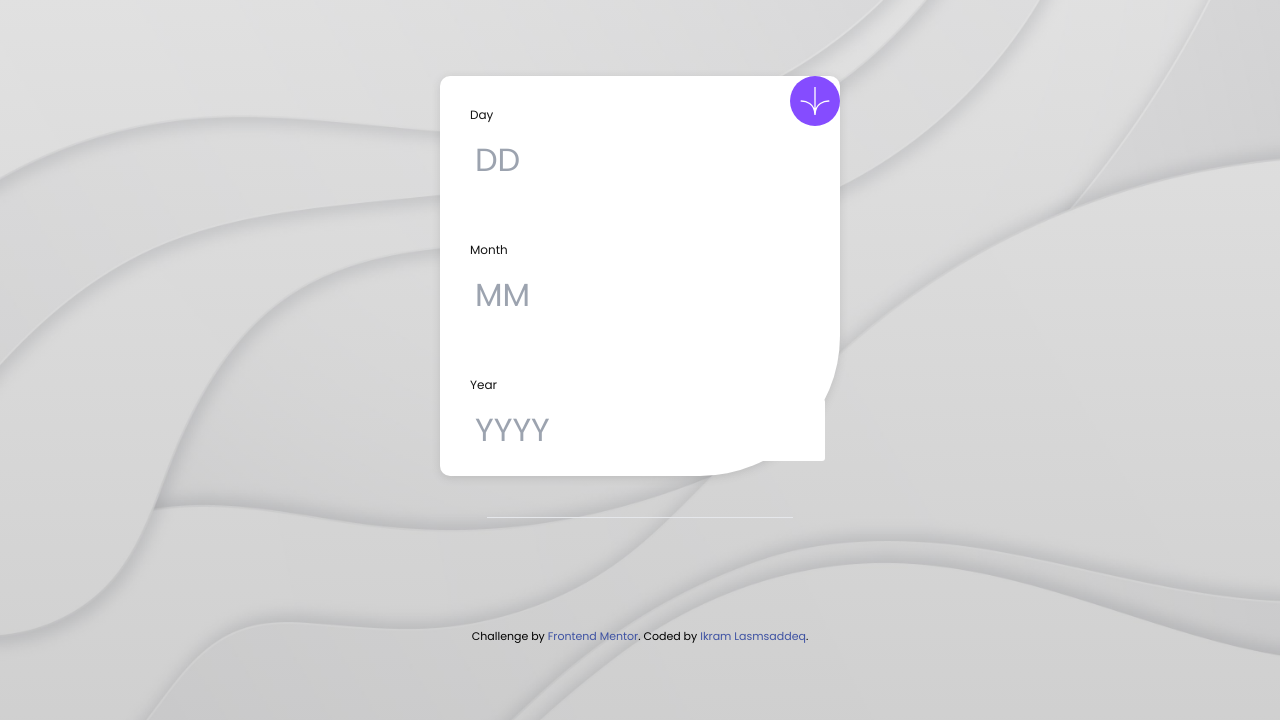
Repository: ikram-lisa/age-display
Page: /
An editor plug-in stored every save of this project. The page is shown before and after the next save, followed by the edit.
The browser window is 1280 px wide. The pictures show the whole page.
Some web libraries are served in a nearby version. The project was rebuilt for these pictures with package versions that can differ from the ones it lists, and the page was loaded fresh each time.

Above is the page before, as saved 2024-05-01 00:20:09.

### index.html
<!DOCTYPE html>
<html lang="en">
  <head>
    <meta charset="UTF-8" />
    <meta name="viewport" content="width=device-width, initial-scale=1.0" />
    <!-- displays site properly based on user's device -->
    <link href="https://cdn.tailwindcss.com" rel="stylesheet" />
    <link rel="stylesheet" href="./css/style.scss" />
    <link
      rel="icon"
      type="image/png"
      sizes="32x32"
      href="./assets/images/favicon-32x32.png"
    />

    <title>Frontend Mentor | Age calculator app</title>
    <style>
      .attribution {
        font-size: 11px;
        text-align: center;
      }
      .attribution a {
        color: hsl(228, 45%, 44%);
      }
    </style>
  </head>
  <!-- <script type="module" src="js/script.js"></script> -->
  <body>
    <section class="calculator">
      <header>
        <form class="form" action="">
          <div class="formInput active error">
            <label for="day">Day</label>
            <input
              type="text"
              class="day"
              id="day"
              type="number"
              placeholder="DD"
              required
              minlength="4"
              maxlength="8"
              size="10"
            />
          </div>

          <div class="formInput active error">
            <label for="month">Month</label>
            <input
              type="text"
              class="month"
              id="month"
              type="number"
              placeholder="MM"
              required
              minlength="4"
              maxlength="8"
              size="10"
            />
          </div>

          <div class="formInput active error">
            <label for="year">Year</label>
            <input
              type="text"
              class="year"
              id="year"
              type="number"
              placeholder="YYYY"
              required
              minlength="4"
              maxlength="8"
              size="10"
            />
          </div>
        </form>
      </header>

      <button class="submit">
        <img src="./assets/images/icon-arrow.svg" alt="submit" />
      </button>

      <hr class="separator" />
      <div class="result">
        <p class="days"></p>
        <p class="month"></p>
        <p class="years"></p>
      </div>
    </section>
    <footer>
      <div class="attribution">
        Challenge by
        <a href="https://www.frontendmentor.io?ref=challenge" target="_blank"
          >Frontend Mentor</a
        >. Coded by <a href="#">Ikram Lasmsaddeq</a>.
      </div>
    </footer>
  </body>
</html>

### css/style.scss
@use "./base/variable" as *;
@use "./base/font.scss" as *;

@tailwind base;
@tailwind components;
@tailwind utilities;

* {
  margin: 0;
  padding: 0;
  box-sizing: border-box;
}
body {
  height: 100vh;
  background: linear-gradient(
      rgba(196, 196, 196, 0.5),
      rgba(161, 161, 161, 0.5)
    ),
    url("../images/background.jpg");
  background-size: cover;
  background-position: center;
  background-repeat: no-repeat;
  font-size: 32px;
  font-family: "Poppins", sans-serif;
  display: grid;
  place-items: center;
}
.calculator {
  width: 30%;
  min-width: 400px;
  height: 400px;
  background-color: white;
  border-radius: 10px 10px 140px 10px;
  box-shadow: rgba(99, 99, 99, 0.2) 0px 2px 8px 0px;
  position: relative;
  display: flex;
  flex-direction: column;
  padding: 30px;
  .form {
    display: flex;
    flex-wrap: wrap;
    justify-content: space-between;

    .formInput {
      display: flex;
      flex-direction: column;
      margin-bottom: 50px;
      label {
        font-size: 12px;
        font-weight: 400;
        margin-bottom: 5px;
        color: $offBlack;
      }
      input[type="text"] {
        border: 1 solid rgb(217, 217, 217);
        border-radius: 3px;
        padding: 7px 5px;
        outline: none;
      }
    }
  }
  .submit {
    width: 50px;
    height: 50px;
    border-radius: 50%;
    display: flex;
    justify-content: center;
    align-items: center;
    background-color: $purple;
    color: white;
    border: none;
    padding: 10px;
    position: absolute;
    top: 0;
    right: 0;
    cursor: pointer;
    transition: all 0.3s;

    &:hover {
      background-color: darken($purple, 10%);
    }
  }

  .separator {
    width: 90%;
    height: 1px;
    background-color: $lightGrey;
    margin: 6px auto;
  }
}

@media (max-width: 375px) {
}
@media (max-width: 768px) {
}
@media (max-width: 1440px) {
}

### css/base/_variable.scss
// Primary

$purple: hsl(259, 100%, 65%);
$lightRed: hsl(0, 100%, 67%);

// Neutral

$white: hsl(0, 0%, 100%);
$offWhite: hsl(0, 0%, 94%);
$lightGrey: hsl(0, 0%, 86%);
$smokeyGrey: hsl(0, 1%, 44%);
$offBlack: hsl(0, 0%, 8%);

### css/base/_font.scss
@import url("https://fonts.googleapis.com/css2?family=Montserrat:ital,wght@0,100..900;1,100..900&family=Open+Sans:ital,wght@0,400;0,600;0,700;0,800;1,400;1,700;1,800&family=Poppins:ital,wght@0,200;0,300;0,400;0,500;0,600;0,700;0,800;0,900;1,100;1,200;1,300;1,400;1,500;1,600;1,700;1,800;1,900&display=swap");

Loaded but not shown: tailwind.config.js (1075 lines, source omitted)

After the next save:
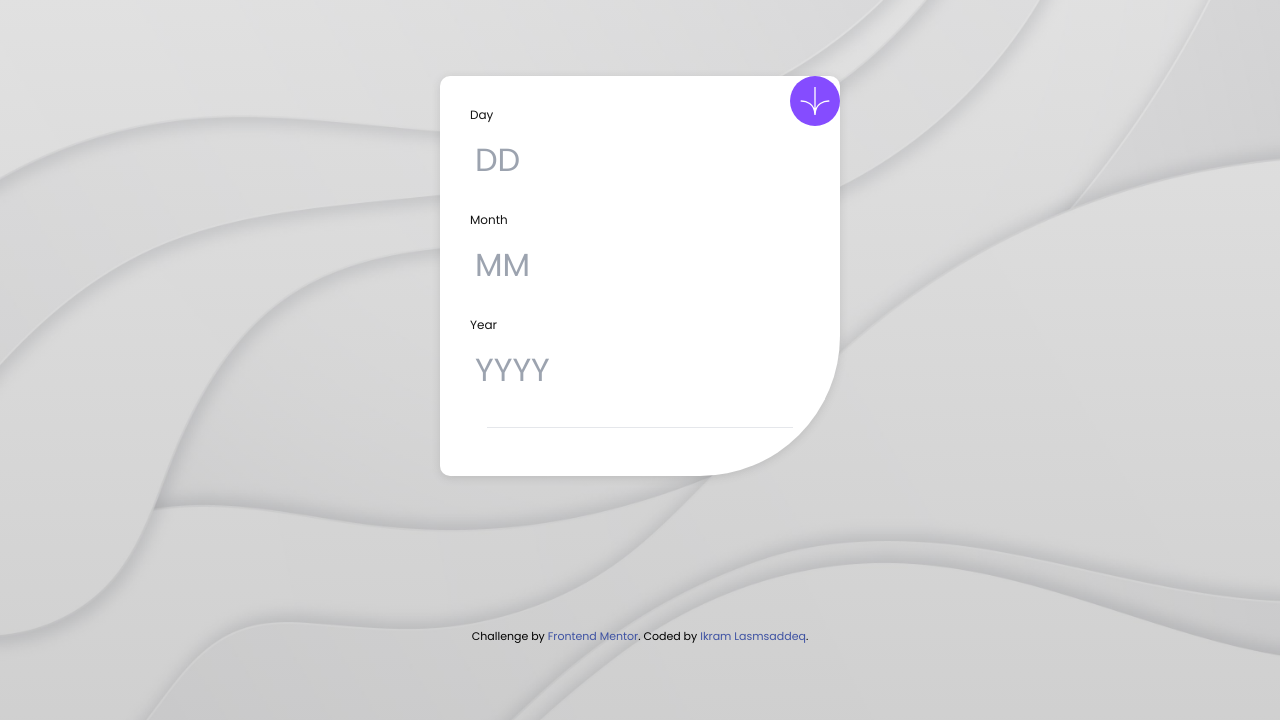
Saved 7 s later.
--- a/css/style.scss
+++ b/css/style.scss
@@ -44,7 +44,7 @@ body {
     .formInput {
       display: flex;
       flex-direction: column;
-      margin-bottom: 50px;
+      margin-bottom: 20px;
       label {
         font-size: 12px;
         font-weight: 400;
